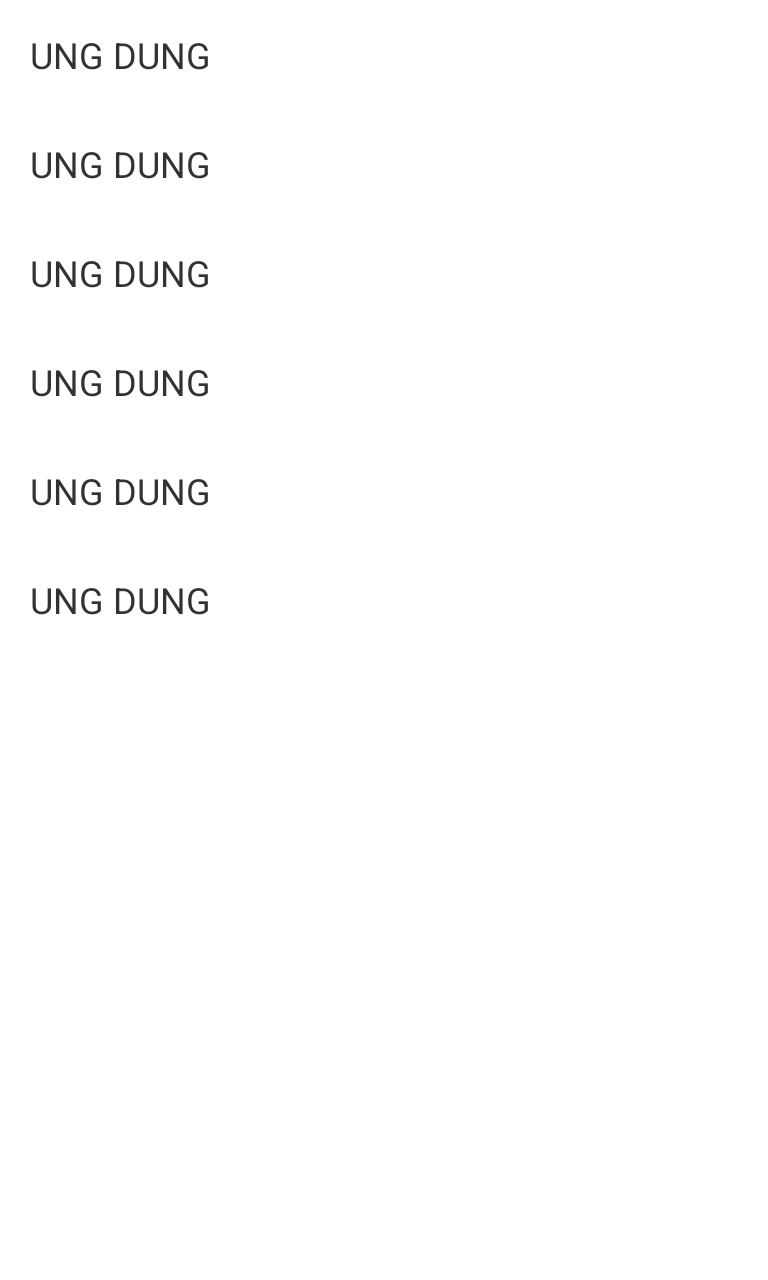
Repository: thinhnk55/android-appshare
Layout: ShareApp/res/layout/apps_activity.xml
An editor plug-in stored every save of this project. The layout is shown before and after the next save, followed by the edit.
It is drawn on a 768 x 1280 px phone screen (xhdpi) without system bars, with theme AppTheme; the app's code is not run.

Above is the layout before, as saved 2014-07-07 14:45:20.

### ShareApp/res/layout/apps_activity.xml
<?xml version="1.0" encoding="utf-8"?>
<LinearLayout xmlns:android="http://schemas.android.com/apk/res/android"
    android:layout_width="match_parent"
    android:layout_height="match_parent"
    android:orientation="vertical" >

    <TextView
        android:layout_width="fill_parent"
        android:layout_height="wrap_content"
        android:padding="15dip"
        android:text="UNG DUNG"
        android:textSize="18sp" />
    <TextView
        android:layout_width="fill_parent"
        android:layout_height="wrap_content"
        android:padding="15dip"
        android:text="UNG DUNG"
        android:textSize="18sp" />
    <TextView
        android:layout_width="fill_parent"
        android:layout_height="wrap_content"
        android:padding="15dip"
        android:text="UNG DUNG"
        android:textSize="18sp" />
    <TextView
        android:layout_width="fill_parent"
        android:layout_height="wrap_content"
        android:padding="15dip"
        android:text="UNG DUNG"
        android:textSize="18sp" />
    <TextView
        android:layout_width="fill_parent"
        android:layout_height="wrap_content"
        android:padding="15dip"
        android:text="UNG DUNG"
        android:textSize="18sp" />
    <TextView
        android:layout_width="fill_parent"
        android:layout_height="wrap_content"
        android:padding="15dip"
        android:text="UNG DUNG"
        android:textSize="18sp" />


</LinearLayout>

Loaded but not shown: ShareApp/res/values/styles.xml (common file); ShareApp/res/values-v11/styles.xml (common file); ShareApp/res/values-v14/styles.xml (common file)

After the next save:
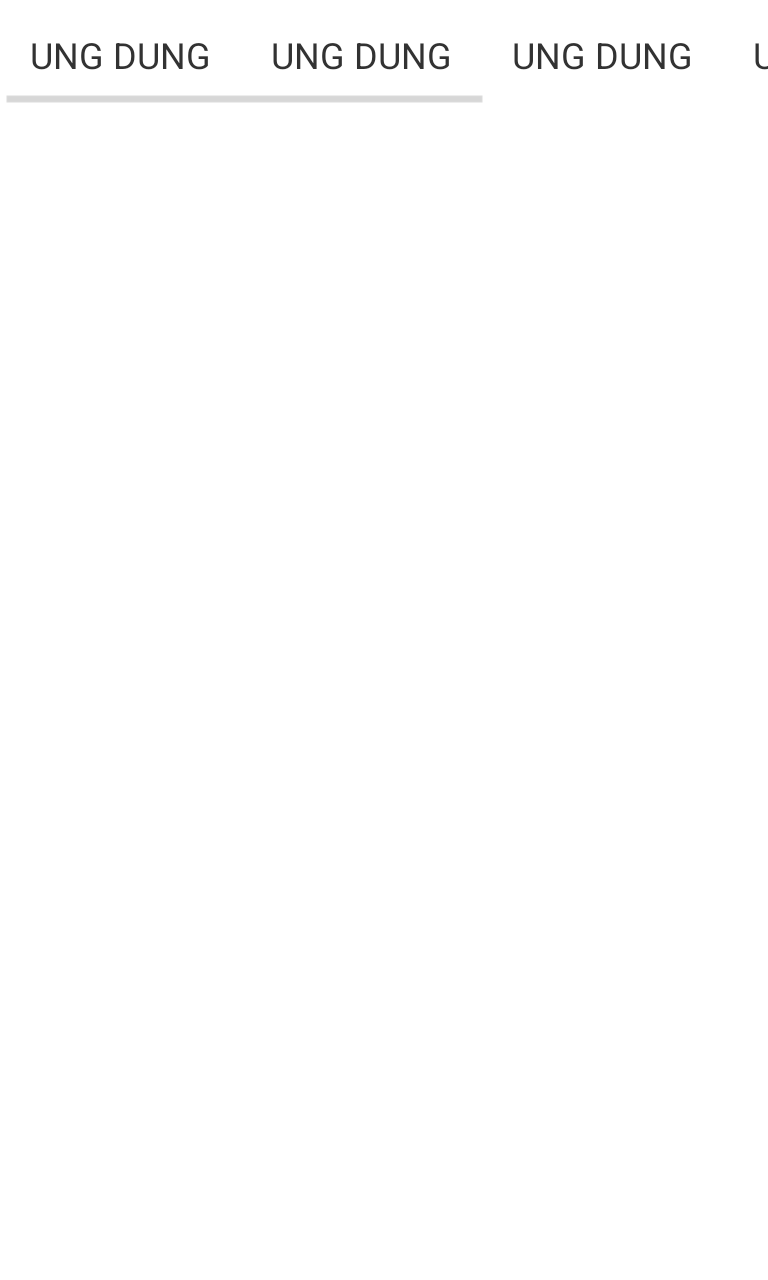
Saved 113 s later.
--- a/ShareApp/res/layout/apps_activity.xml
+++ b/ShareApp/res/layout/apps_activity.xml
@@ -4,42 +4,52 @@
     android:layout_height="match_parent"
     android:orientation="vertical" >
 
-    <TextView
-        android:layout_width="fill_parent"
-        android:layout_height="wrap_content"
-        android:padding="15dip"
-        android:text="UNG DUNG"
-        android:textSize="18sp" />
-    <TextView
-        android:layout_width="fill_parent"
-        android:layout_height="wrap_content"
-        android:padding="15dip"
-        android:text="UNG DUNG"
-        android:textSize="18sp" />
-    <TextView
-        android:layout_width="fill_parent"
-        android:layout_height="wrap_content"
-        android:padding="15dip"
-        android:text="UNG DUNG"
-        android:textSize="18sp" />
-    <TextView
-        android:layout_width="fill_parent"
-        android:layout_height="wrap_content"
-        android:padding="15dip"
-        android:text="UNG DUNG"
-        android:textSize="18sp" />
-    <TextView
-        android:layout_width="fill_parent"
-        android:layout_height="wrap_content"
-        android:padding="15dip"
-        android:text="UNG DUNG"
-        android:textSize="18sp" />
-    <TextView
-        android:layout_width="fill_parent"
-        android:layout_height="wrap_content"
-        android:padding="15dip"
-        android:text="UNG DUNG"
-        android:textSize="18sp" />
+    <HorizontalScrollView
+        android:id="@+id/horizontalScrollView1"
+        android:layout_width="wrap_content"
+        android:layout_height="wrap_content" >
 
+        <LinearLayout
+            android:layout_width="match_parent"
+            android:layout_height="match_parent"
+            android:orientation="horizontal" >
+
+            <TextView
+                android:layout_width="fill_parent"
+                android:layout_height="wrap_content"
+                android:padding="15dip"
+                android:text="UNG DUNG"
+                android:textSize="18sp" />
+
+            <TextView
+                android:layout_width="fill_parent"
+                android:layout_height="wrap_content"
+                android:padding="15dip"
+                android:text="UNG DUNG"
+                android:textSize="18sp" />
+
+            <TextView
+                android:layout_width="fill_parent"
+                android:layout_height="wrap_content"
+                android:padding="15dip"
+                android:text="UNG DUNG"
+                android:textSize="18sp" />
+
+            <TextView
+                android:layout_width="fill_parent"
+                android:layout_height="wrap_content"
+                android:padding="15dip"
+                android:text="UNG DUNG"
+                android:textSize="18sp" />
+
+            <TextView
+                android:layout_width="fill_parent"
+                android:layout_height="wrap_content"
+                android:padding="15dip"
+                android:text="UNG DUNG"
+                android:textSize="18sp" />
+
+        </LinearLayout>
+    </HorizontalScrollView>
 
 </LinearLayout>
